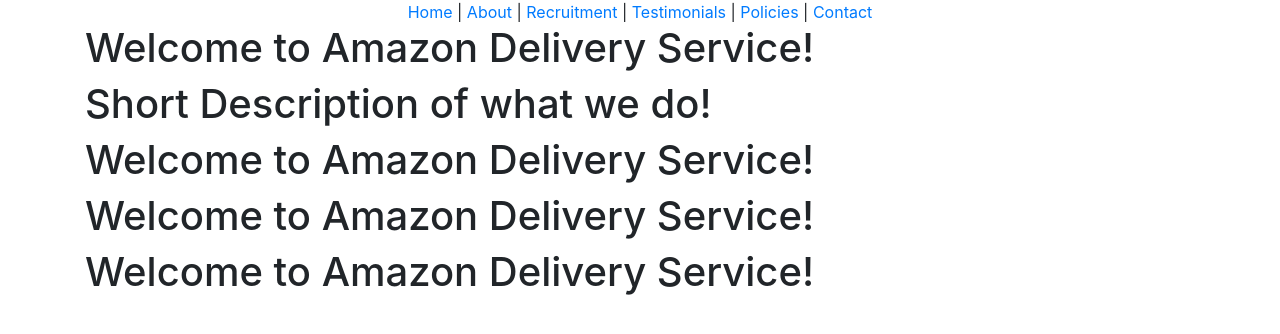
Repository: cerebrium/website
Page: /
The author's editor kept a copy of each file at every save. The page is drawn from the files as they stood at one save, then again after the next save.
The browser window is 1280 px wide. The pictures show the whole page.
The project was rebuilt for these pictures with package versions that can differ from the ones it lists, and the page was loaded fresh each time. Also part of the build but not shown: src/Routes/About.jsx, src/Routes/Recruitment.jsx, src/Routes/Testimonials.jsx, src/Routes/Policies.jsx, src/Routes/Contact.jsx.

Above is the page before, as saved 2019-11-02 11:43:52.

After the next save:
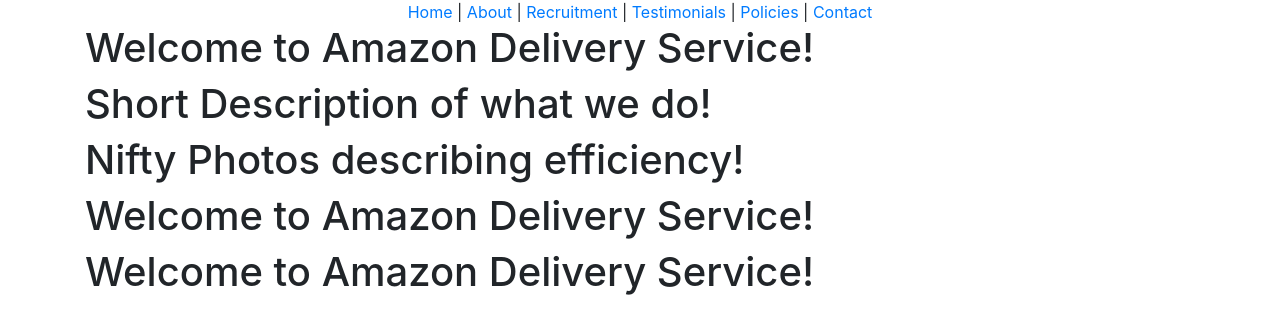
Saved 15 s later.
--- a/src/Routes/Home.jsx
+++ b/src/Routes/Home.jsx
@@ -21,7 +21,7 @@
                     </Row>
                     <Row>
                         <Col>
-                            <h1>Welcome to Amazon Delivery Service!</h1>
+                            <h1>Nifty Photos describing efficiency!</h1>
                         </Col>
                     </Row>
                     <Row>
